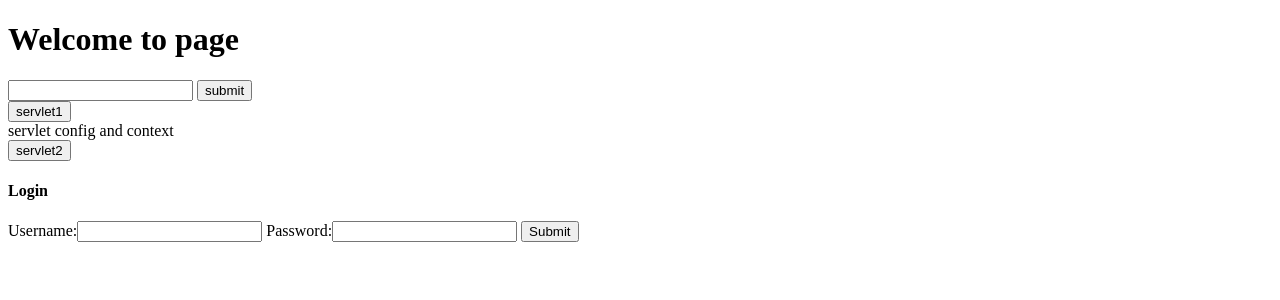
Repository: ankitaunhalkar/Bridgelabz-Servlet
Page: Servlet/WebContent/index.html
These files come from the project's save history. The page is drawn as it stood at one moment and after the next save; the edit follows.
The browser window is 1280 px wide. The pictures show the whole page.

Above is the page before, as saved 2018-05-21 06:50:27.

After the next save:
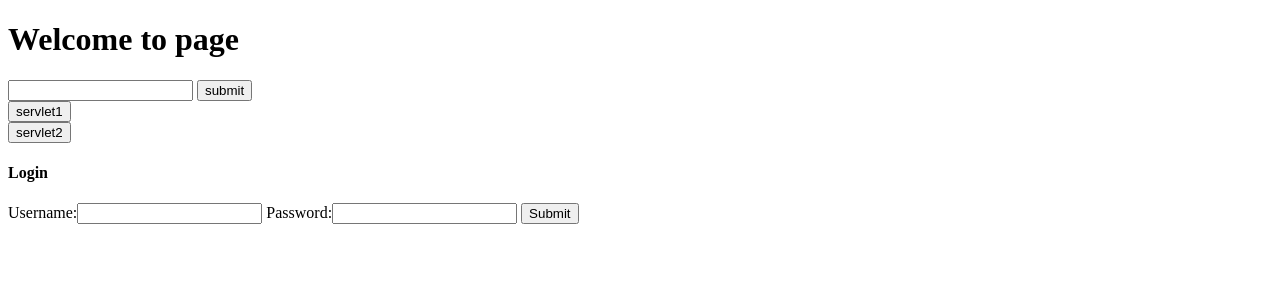
Saved 7 s later.
--- a/Servlet/WebContent/index.html
+++ b/Servlet/WebContent/index.html
@@ -16,7 +16,7 @@
 <input type="submit" value="servlet1"/>
 </form>
 
-servlet config and context
+<!-- servlet config and context -->
 <form action="Servlet2">
 <input type="submit" value="servlet2"/>
 </form>
